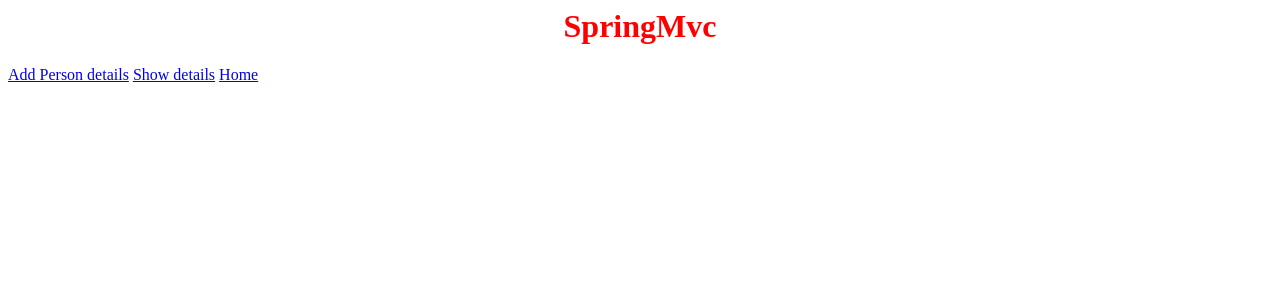
Repository: PradeepBala402/Pradeep
Page: http://localhost/MVC-Crud/
The author's editor kept a copy of each file at every save. The page is drawn from the files as they stood at one save, then again after the next save.
The browser window is 1280 px wide. The pictures show the whole page.
The page is served by Tomcat 9.

Above is the page before, as saved 2019-10-09 09:35:41.

After the next save:
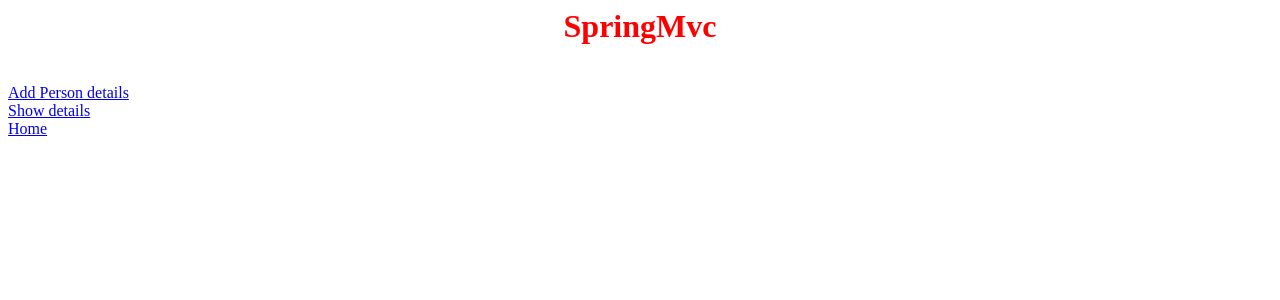
Saved 44 s later.
--- a/MVC-Crud/src/main/webapp/index.jsp
+++ b/MVC-Crud/src/main/webapp/index.jsp
@@ -1,4 +1,4 @@
-<h1><center style='color:red'>SpringMvc</center></h1>
-<a href="mvc/createPerson">Add Person details</a>
-<a href="mvc/listPersons">Show details</a>
+<h1><center style='color:red'>SpringMvc</center></h1><br>
+<a href="mvc/createPerson">Add Person details</a><br>
+<a href="mvc/listPersons">Show details</a><br>
 <a href="home.jsp">Home</a>
